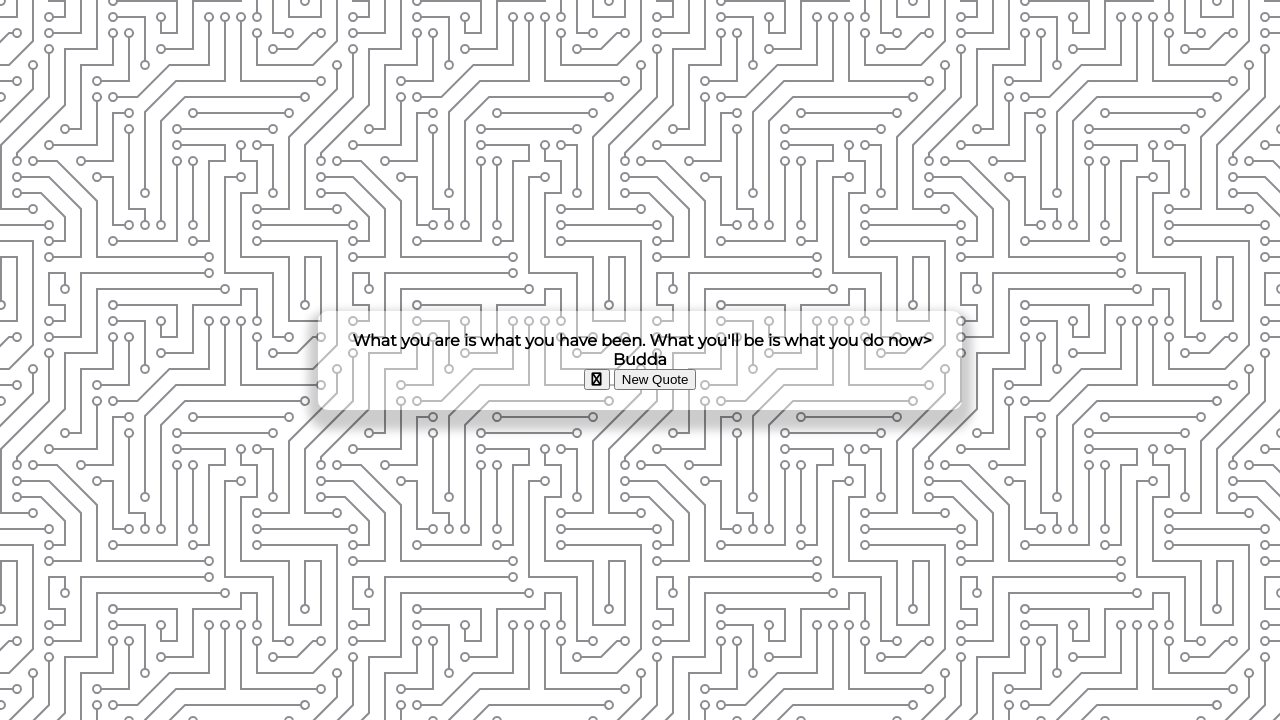
Repository: davidwood3/test-template
Page: .vscode/quote-generator/index.html
These files come from the project's save history. The page is drawn as it stood at one moment and after the next save; the edit follows.
The browser window is 1280 px wide. The pictures show the whole page.
Some icons come from a web library that is not loaded, so they are not drawn. Some web libraries are served in a nearby version.

Above is the page before, as saved 2023-07-25 19:34:35.
Console error: SyntaxError: Unexpected token '<'

After the next save:
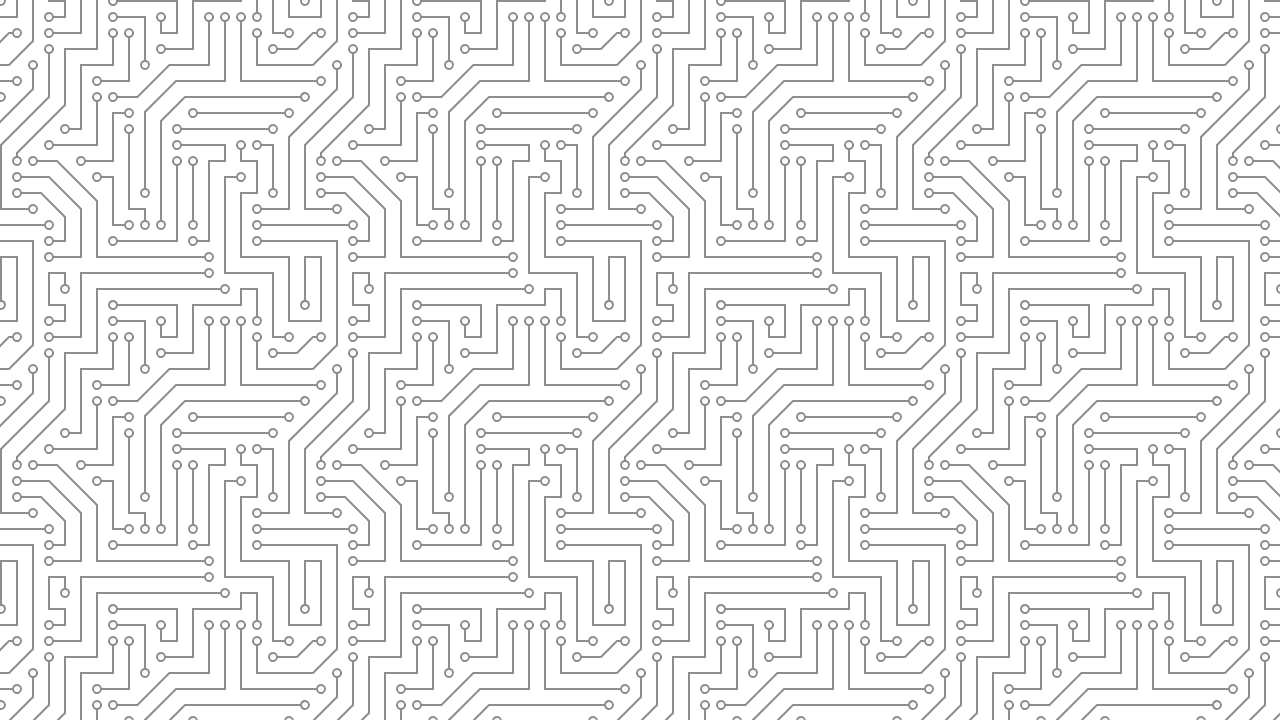
Saved 3 min 50 s later.
--- a/.vscode/quote-generator/index.html
+++ b/.vscode/quote-generator/index.html
@@ -10,24 +10,7 @@
     <link rel="stylesheet" href="style.css"
 </head>
 <body>
-   <div class="quote-container" id="quote-container">
-    <!-- Quote -->
-    <div class="quote-text">
-        <i class="fas fa-quote-text"></i>
-        <span id="quote">What you are is what you have been. What you'll be is what you do now></span>
-    </div>
-    <!-- Author -->
-    <div class="quote-author">
-        <span id="author">Budda</span>
-    </div>
-    <!-- Buttons -->
-    <div class="button-container">
-        <button class="twitter-button" id="twitter" title="Tweet This!">
-            <i class="fas fa-twitter"></i>
-        </button>
-        <button id="new-quote">New Quote</button>
-    </div>
-</div>
+
 
     <!-- Script  -->
    <script src="script.js"></script>
